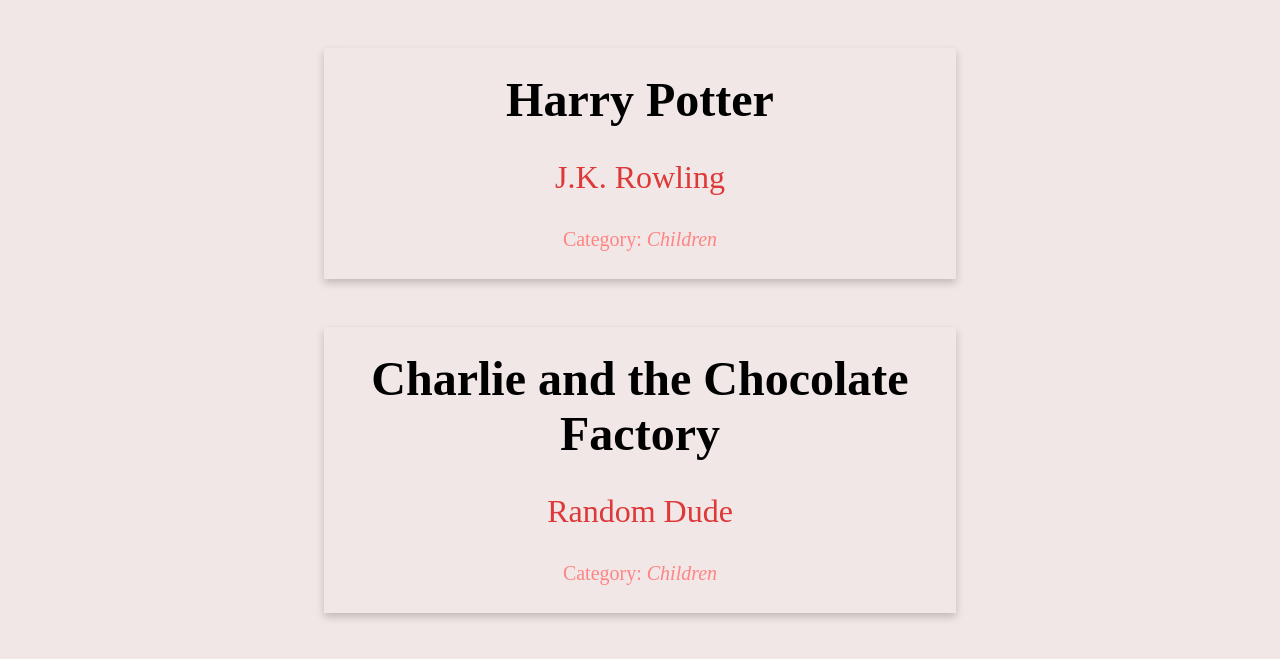
Repository: cyborgEneki/archangel-code-challenge
Page: index.html
The author's editor kept a copy of each file at every save. The page is drawn from the files as they stood at one save, then again after the next save.
The browser window is 1280 px wide. The pictures show the whole page.
The style sheet was rebuilt from its Sass, Less or Tailwind sources for each picture, by a compiler version that may differ from the author's.

Above is the page before, as saved 2020-11-05 16:08:56.

### index.html
<!DOCTYPE html>
<html lang="en">

<head>
    <link rel="stylesheet" href="assets/css/styles.css">
</head>

<body>
    <div id="main"></div>
    <script src="bower_components/handlebars/handlebars.min.js"></script>
    <script src="bower_components/jquery/dist/jquery.min.js"></script>
    <script type="text/x-handlebars-template" id="template-script">
        <div id="inject">
            {{#each books}}
                {{#compareEquality category 'Children' this}}
                    <!-- <div class="card">
                        <div class="card__container">
                            <div class="card__heading"><b>{{title}}</b></div>
                            <p class="card__title-text">{{author}}</p>
                            <p class="card__category-text">Category: <i>{{category}}</i></p>
                        </div>
                    </div> -->
                {{/compareEquality}}
            {{/each}}
        </div>
    </script>
    <script src="assets/js/books.js"></script>
    <script src="assets/js/index.js"></script>
</body>

</html>

### assets/js/books.js
$(function () {
    var main = {};

    function Book(title, author, category) {
        this.title = title;
        this.author = author;
        this.category = category;
        return this;
    };

    main.initializeBooks = function() {
        let books = [
            new Book('Harry Potter', 'J.K. Rowling', 'Children'),
            new Book('Gone Girl', 'Random Lady', 'Young Adult'),
            new Book('Charlie and the Chocolate Factory', 'Random Dude', 'Children')
        ];

        return books;
    };

    main.books = main.initializeBooks();


    Handlebars.registerHelper("compareEquality", function (a, b, c) {
        if (a == b) {
            return `
                <div class="card">
                    <div class="card__container">
                        <div class="card__heading"><b>${c.title}</b></div>
                        <p class="card__title-text">${c.author}</p>
                        <p class="card__category-text">Category: <i>${c.category}</i></p>
                    </div>
                </div>
            `
        }
    });

    window.Books = main;
});

### assets/js/index.js
$(function () {
    renderAllBooks();
    renderFilteredBooks();

    function renderAllBooks() {
        let template = $('#template-script').html(),
            compiled = Handlebars.compile(template),
            rendered = compiled({
                books: Books.books
            });
        $('#main').html(rendered);
    }

    function renderFilteredBooks() {
        let template = $('#inject').html(),
            compiled = Handlebars.compile(template),
            rendered = compiled({
                books: Books.books
            });
        $('#main').html(rendered);
    }
});

### scss/styles.scss
$peach: #f1e7e7;

body {
    background-color: $peach;
}

.card {
    box-shadow: 0 4px 8px 0 rgba(0, 0, 0, 0.2);
    transition: 0.3s;
    width: 50%;
    margin: 0 auto;

    &__container {
        padding: 0.5rem 1rem;
        margin-top: 3rem;
    }

    &__heading {
        font-size: 3rem;
        text-align: center;
        margin: 1rem auto;
    }

    &__title-text {
        text-align: center;
        font-size: 2rem;
        color: #de3838;
    }

    &__category-text {
        text-align: center;
        font-size: 1.25rem;
        color: #ff8484;
    }
}

Loaded but not shown: bower_components/handlebars/handlebars.min.js (library); bower_components/jquery/dist/jquery.min.js (library)

After the next save:
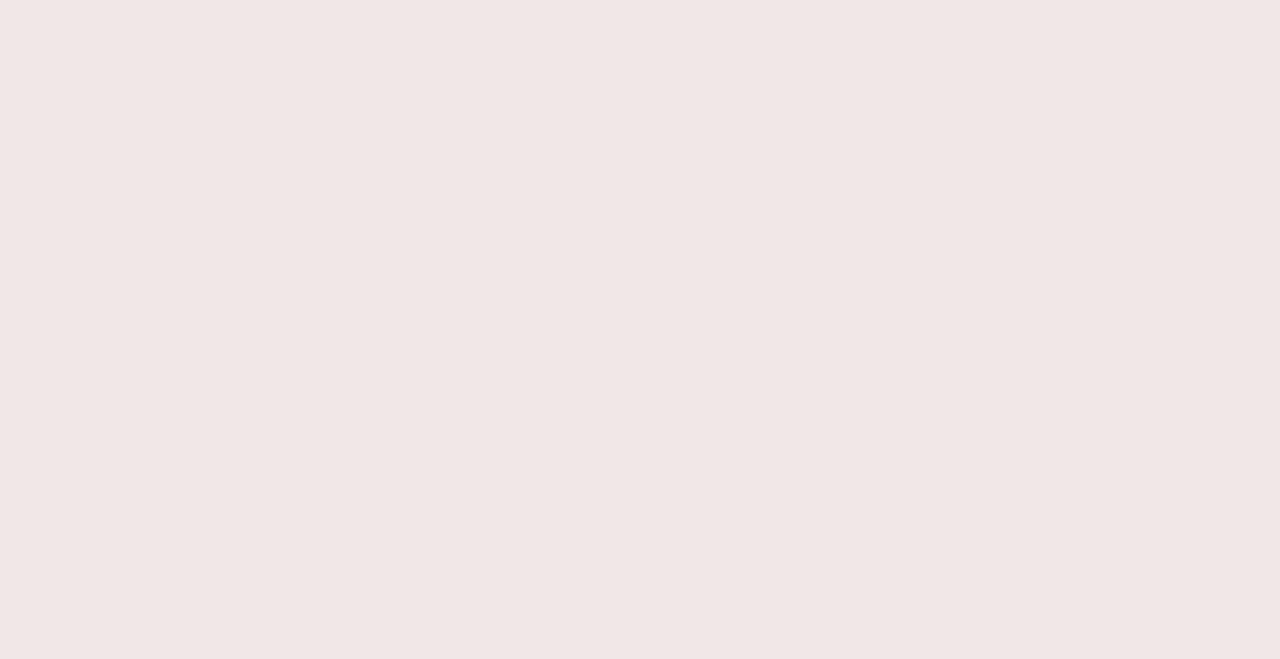
Console error (its wording comes from the project's code and is left out).
Saved 49 s later.
--- a/index.html
+++ b/index.html
@@ -13,14 +13,6 @@
         <div id="inject">
             {{#each books}}
                 {{#compareEquality category 'Children' this}}
-                    <!-- <div class="card">
-                        <div class="card__container">
-                            <div class="card__heading"><b>{{title}}</b></div>
-                            <p class="card__title-text">{{author}}</p>
-                            <p class="card__category-text">Category: <i>{{category}}</i></p>
-                        </div>
-                    </div> -->
-                {{/compareEquality}}
             {{/each}}
         </div>
     </script>

After the 4 saves that followed:
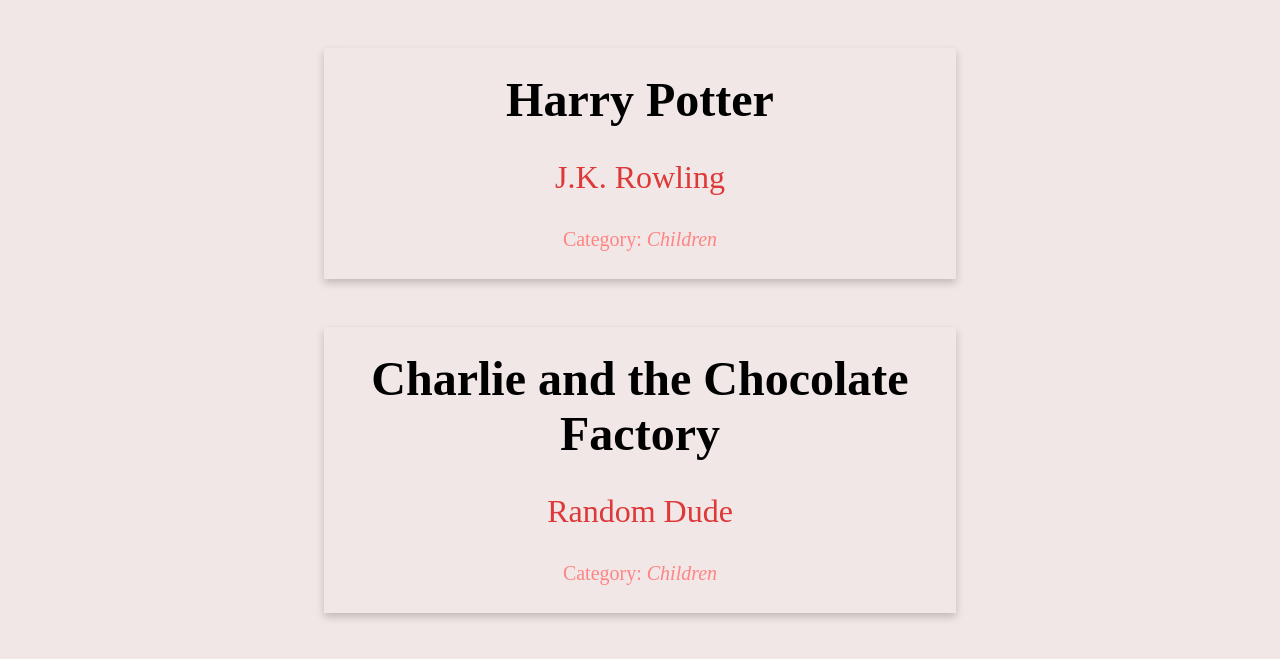
The error is gone.
The 4 saves are shown as one change because 1 left the picture as it was and some came seconds apart.
The last was saved 14 s later.
--- a/index.html
+++ b/index.html
@@ -13,6 +13,14 @@
         <div id="inject">
             {{#each books}}
                 {{#compareEquality category 'Children' this}}
+                    <!-- <div class="card">
+                        <div class="card__container">
+                            <div class="card__heading"><b>{{title}}</b></div>
+                            <p class="card__title-text">{{author}}</p>
+                            <p class="card__category-text">Category: <i>{{category}}</i></p>
+                        </div>
+                    </div> -->
+                {{/compareEquality}}
             {{/each}}
         </div>
     </script>
